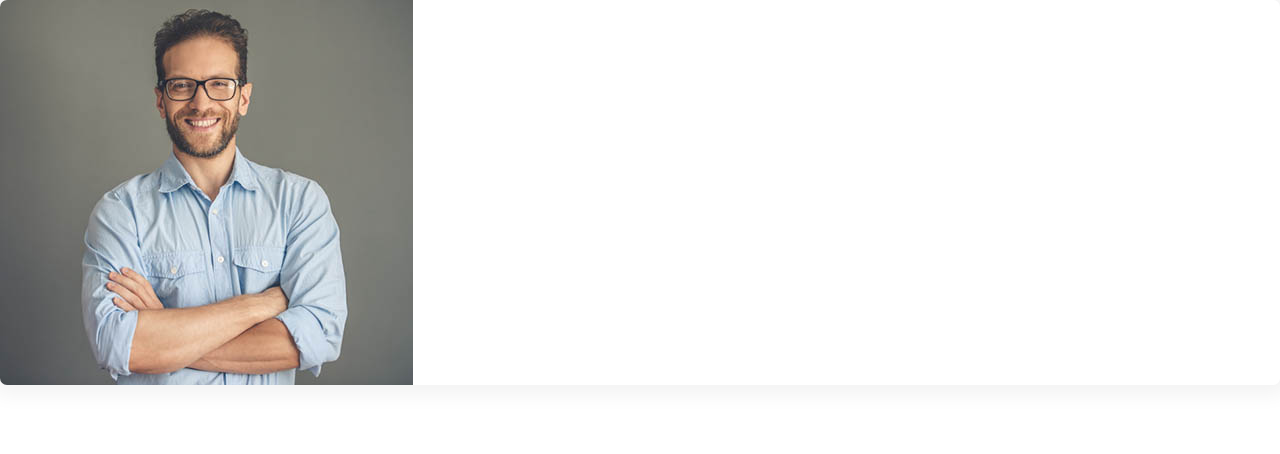
Repository: LeonUIO/first_website
Page: index.html
These files come from the project's save history. The page is drawn as it stood at one moment and after a run of saves; the edit follows.
The browser window is 1280 px wide. The pictures show the whole page.

Above is the page before, as saved 2021-04-05 11:43:13.

### index.html
<!DOCTYPE html>
<html lang="en">
  <head>
    <meta charset="UTF-8" />
    <meta
      name="viewport"
      content="width=device-width, user-scalable=no, initial-scale=1.0, maximum-scale=1.0, minimum-scale=1.0"
    />
    <meta http-equiv="X-UA-Compatible" content="ie=edge" />
    <title>Document</title>
    <link rel="stylesheet" href="css/normalize.css" />
    <link rel="stylesheet" href="css/styles.css" />
  </head>
  <body>
    <div class="card testimonial">
      <div class="grid grid--cols-2">
        <img class='tesimoial__image' src="./images/testimonial.jpg" alt="A happy man." />
      </div>
    </div>
  </body>
</html>

### css/styles.css
:root {
  --color-primary: #2584ff;
  --color-secondary: #00d9ff;
  --color-accent: #ff3400;
  --color-headings: #1b0760;
  --color-body: #918ca4;
  --color-body-darker: #5c5577;
  --color-border: #ccc;
  --border-radius: 30px;
}

*,
*::after,
*::before {
  box-sizing: border-box;
}

/* Typography */
html {
  font-size: 62.5%;
}

body {
  font-family: Inter, arial, helvetica, sans-serif;
  color: var(--color-body);
  font-size: 2.4rem;
  line-height: 1.5;
}

h1,
h2,
h3 {
  color: var(--color-headings);
  margin-bottom: 1rem;
}

h1 {
  font-size: 7rem;
}

h2 {
  font-size: 4rem;
}

h3 {
  font-size: 3rem;
}

@media screen and (min-width: 1024px) {
  body {
    font-size: 1.8rem;
  }

  h1 {
    font-size: 8rem;
  }

  h2 {
    font-size: 4rem;
  }

  h3 {
    font-size: 2.4rem;
  }
}

/* Links */
a {
  text-decoration: none;
}

.link-arrow {
  color: var(--color-accent);
  font-size: 2rem;
  font-weight: bold;
}

.link-arrow::after {
  content: "-->";
  margin-left: 5px;
  transition: margin-left 0.15s;
}

.link-arrow:hover::after {
  margin-left: 10px;
}

@media screen and (min-width: 1024px) {
  .link-arrow {
    font: size 1.5em;
  }
}

/* Badges */
.badge {
  white-space: nowrap;
  padding: 0.5rem 2rem;
  font-weight: 600;
  border-radius: 20px;
  font-size: 2rem;
}

.badge--primary {
  background: var(--color-primary);
  color: #fff;
}

.badge--secondary {
  background: var(--color-secondary);
  color: #fff;
}

.badge--small {
  font-size: 1.6rem;
}

@media screen and (min-width: 1024px) {
  .badge {
    font-size: 1.5rem;
  }

  .badge--small {
    font-size: 1.2rem;
  }
}

/* Lists */
.list {
  list-style: none;
  color: var(--color-headings);
  padding-left: 0;
}

.list--inline .list__item {
  display: inline-block;
  margin-right: 2rem;
}

.list--tick {
  list-style-image: url(../images/tick.svg);
  padding-left: 3rem;
}

.list--tick .list__item {
  margin-bottom: 1rem;
  padding-left: 0.5rem;
}

@media screen and (min-width: 1024px) {
  .list--tick .list__item {
    padding-left: 0;
  }
}

/* Icons */
.icon {
  width: 40px;
  height: 40px;
}

.icon--primary {
  fill: var(--color-primary);
}

.icon-container {
  width: 64px;
  height: 64px;
  border-radius: 100%;
  background: #f3f9fa;
  display: inline-flex;
  justify-content: center;
  align-items: center;
}

/* Buttons */
.btn {
  border-radius: 40px;
  border: 0;
  cursor: pointer;
  font-size: 1.8rem;
  font-weight: 600;
  margin: 1rem 0;
  padding: 2rem 3rem;
  text-transform: uppercase;
  text-align: center;
  white-space: nowrap;
}

.btn--primary {
  background: var(--color-primary);
  color: #fff;
}

.btn--primary:hover {
  background: #3a8ffd;
}

.btn--secondary {
  background: var(--color-secondary);
  color: #fff;
}

.btn--secondary:hover {
  background: #00c8eb;
}

.btn--accent {
  background: var(--color-accent);
  color: #fff;
}

.btn--accent:hover {
  background: #ec3000;
}

.btn--block {
  width: 100%;
  display: inline-block;
}

.btn--outline {
  background: #fff;
  color: var(--color-headings);
  border: 2px solid var(--color-headings);
}

.btn--outline:hover {
  background: var(--color-headings);
  color: #fff;
}

@media screen and (min-width: 1024px) {
  .btn {
    font-size: 1.5rem;
  }
}

/* Inputs */
.input {
  border-radius: var(--border-radius);
  border: 1px solid var(--color-border);
  color: var(--color-headings);
  font-size: 2rem;
  outline: 0;
  padding: 1.5rem 3.5rem;
}

::placeholder {
  color: #cdcbd7;
}

.input-group {
  border-radius: var(--border-radius);
  border: 2px solid var(--color-border);
  display: flex;
}

.input-group .input {
  border: 0;
  flex-grow: 1;
  padding: 1.5rem 1rem;
}

.input-group .btn {
  margin: 4px;
}

@media screen and (min-width: 1024px) {
  .input {
    font-size: 1.5rem;
  }
}

/* Cards */
.card {
  border-radius: 7px;
  box-shadow: 0 0 20px 10px #f3f3f3;
  overflow: hidden;
}

.card__header,
.card__body {
  padding: 2rem 3rem;
}

.card--primary .card__header {
  background: var(--color-primary);
  color: #fff;
}

.card--secondary .card__header {
  background: var(--color-secondary);
  color: #fff;
}

/* Plans */
.plan__name {
  color: #fff;
  margin: 0;
  font-weight: 500;
  font-size: 2.4rem;
}

.plan__price {
  font-size: 6rem;
}

.plan__billing-cycle {
  font-size: 2.4rem;
  font-weight: 300;
  opacity: 0.8;
  margin-right: 1rem;
}

.plan__description {
  font-size: 2rem;
  font-weight: 300;
  letter-spacing: 1px;
  display: block;
}

.plan .list__item {
  margin-bottom: 2rem;
}

.plan--popular .card__header {
  position: relative;
}

.plan--popular .card__header::before {
  content: url(../images/popular.svg);
  width: 40px;
  display: inline-block;
  position: absolute;
  top: -6px;
  right: 5%;
}

@media screen and (min-width: 1024px) {
  .plan__name {
    font-size: 1.4rem;
  }

  .plan__price {
    font-size: 5rem;
  }

  .plan__billing-cycle {
    font-size: 1.6rem;
  }

  .plan__description {
    font-size: 1.7rem;
  }
}

/* Media */
.media {
  display: flex;
}

.media__title {
  margin-top: 0;
}

.media__body {
  margin: 0 2rem;
}

.media__image {
  margin-top: 1rem;
}

/* Quotes */
.quote {
  font-size: 3rem;
  color: var(--color-body-darker);
  font-style: italic;
  line-height: 1.3;
}

.quote__text::before {
  content: open-quote;
}

.quote__text::after {
  content: close-quote;
}

.quote__footer {
  font-style: normal;
}

.quote--line {
  position: relative;
  bottom: 10px;
}

.quote__author {
  font-size: 3rem;
  font-weight: 500;
  margin-bottom: 0;
}

.quote__company {
  color: var(--color-headings);
  margin-top: 0;
  font-size: 2rem;
  opacity: 0.4;
}

@media screen and (min-width: 1024px) {
  .quote {
    font-size: 2rem;
  }

  .quote__author {
    font-size: 2.4rem;
  }

  .quote__company {
    font-size: 1.6rem;
  }
}

/* Grids */
.grid {
  display: grid;
}

@media screen and (min-width: 768px) {
  .grid--cols-2 {
    grid-template-columns: repeat(2, 1fr);
  }
}
@media screen and (min-width: 1024px) {
  .grid--cols-3 {
    grid-template-columns: repeat(3, 1fr);
  }
}

/* Testimonial */
.testimonial {

}

Loaded but not shown: css/normalize.css (library)

After the next 8 saves:
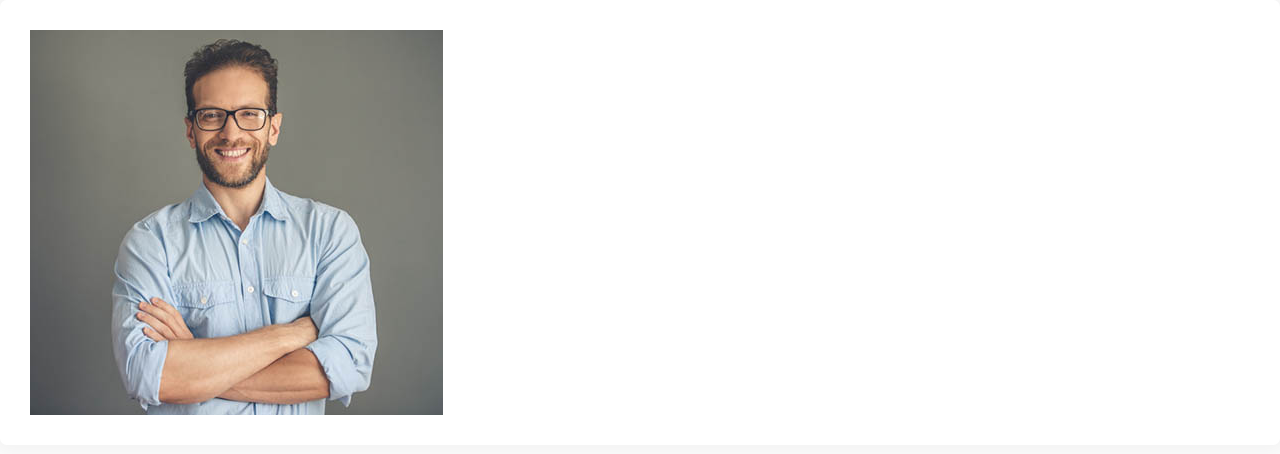
The 8 saves are shown as one change because they came seconds apart.
The last was saved 24 s later.
--- a/css/styles.css
+++ b/css/styles.css
@@ -441,5 +441,9 @@ a {
 
 /* Testimonial */
 .testimonial {
-
-}
+  padding: 3rem;
+}
+
+.testimonial__image {
+
+}
